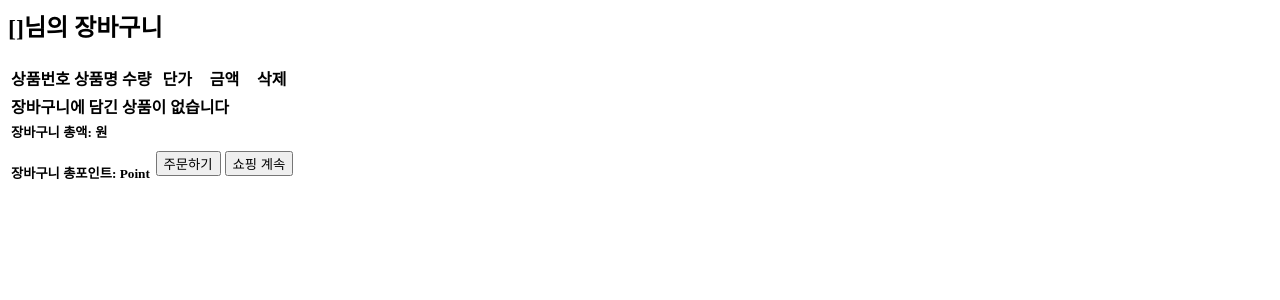
Repository: Jayking0215/myjava
Page: http://localhost/SpringWeb/WEB-INF/views/shop/cartList.jsp
An editor plug-in stored every save of this project. The page is shown before and after the next save, followed by the edit.
The browser window is 1280 px wide. The pictures show the whole page.
The page is served by Tomcat 9. Nobody is signed in. Other server files are loaded and not shown. The template is opened directly, without the code that normally fills it, so the values that code supplies are empty.

Above is the page before, as saved 2023-05-11 00:31:11.

### SpringWorkspace/SpringWeb/src/main/webapp/WEB-INF/views/shop/cartList.jsp
<%@ page language="java" contentType="text/html; charset=UTF-8"
    pageEncoding="UTF-8"%>
<%@ taglib prefix="c" uri="http://java.sun.com/jsp/jstl/core" %>
<%@ taglib prefix="fmt" uri="http://java.sun.com/jsp/jstl/fmt" %>
<div class="row my-4">
	<div class="col-12">
		<h2 class="text-center">${loginUser.name}[${loginUser.userid}]님의 장바구니</h2>
	</div>
</div>

<div class="row my-2">
	<div class="col-12">
		<form name="orderF" id="orderF" action="order">
			<%-- ${cartArr} --%>
			<table class="table table-striped">
				<thead>
					<tr>
						<th>상품번호</th>
						<th>상품명</th>
						<th>수량</th>
						<th>단가</th>
						<th>금액</th>
						<th>삭제</th>
					</tr>
				</thead>
				<tbody>
					<!-- --------------------------- -->
				<c:choose>
					<c:when test="${cartArr eq null or empty cartArr}">
						<tr>
							<td colspan="6">
								<b>장바구니에 담긴 상품이 없습니다</b>
							</td>
						</tr>
					</c:when>
					<c:otherwise>
						<c:forEach var="item" items="${cartArr}" varStatus="state">
							<!--
								varStatus에 변수명을 지정하면
								해당변수로 반복문의 상태정보를 알아낼 수 있다.
								state.index : 인덱스값(0~3)
								state.count : 반복문 횟수(1~4)
							 -->
							<tr>
								<td>
								<label>
								<input type="checkbox" name="pnum" id="pnum${state.index}" value="${item.pnum_fk}">
								${item.pnum_fk}
								</label>
								</td>
								<td>
								<h4>${item.pname}</h4>
								<a href="../prodDetail?pnum=${item.pnum_fk}">
								<img src="../resources/product_images/${item.pimage1}" class="img-fluid" style="width:140px">
								</a>
								</td>
								<td>

								<input type="number" name="pqty" id="pqty${state.index}" value="${item.pqty}" min="1" max="50">
								<button type="button" class="btn btn-success" onClick="cartEdit('${item.cartNum}','${state.index}')">수정</button>
								</td>
								<td>
								<fmt:formatNumber value="${item.saleprice}" pattern="###,###"/> 원<br>
								<span class="badge badge-danger">${item.point}</span> POINT
								</td>
								<td>
								<fmt:formatNumber value="${item.totalPrice}" pattern="###,###"/> 원<br>
								<span class="badge badge-danger">${item.totalPoint}</span> POINT
								</td>
								<td>
								<a href="#" onclick="cartDel('${item.cartNum}')">삭제</a>
								</td>
							</tr>
						</c:forEach>
					</c:otherwise>
				</c:choose>
					<!-- --------------------------- -->

					<tr>
						<td colspan="3">
							<h5>장바구니 총액: <span class='text-danger'>
								<fmt:formatNumber value="${cartTotal.cartTotalPrice}"  pattern="###,###" />
							원</span></h5>
							<h5>장바구니 총포인트: <span class='text-success'>
								<fmt:formatNumber value="${cartTotal.cartTotalPoint}"  pattern="###,###" />
							Point</span></h5>
						</td>
						<td colspan="3">
							<button type="button" class="btn btn-outline-info" onclick="goOrder()">주문하기</button>
							<button type="button" class="btn btn-outline-danger" onclick="location.href='../index'">쇼핑 계속</button>
						</td>
					</tr>
				</tbody>
			</table>
		</form>
		<!-- 주문form end------------ -->

		<!-- 삭제 form start-------------- -->
		<form name="df" action="cartDel">
			<input type="hidden" name="cartNum">
		</form>
		<!-- 삭제form end------------- -->

		<!-- 수정form------------------- -->
		<form action="ef" action="cartEdit">
			<input type="hidden" name="cartNum">
			<input type="hidden" name="pqty">
		</form>
		<!-- ---------------------------- -->
	</div>
</div>

<script>
	function cartEdit(cnum, i){
		//alert(cnum+"/"+i);
		let qty=$('#pqty'+i).val();
		//alert(qty);//수정된 수량값

		ef.cartNum.value=cnum;
		ef.pqty.value=qty;
		ef.method='post';
		ef.submit();

	}//---------------------

	function cartDel(cnum){
		//alert(cnum);
		let yn=confirm('정말 삭제할까요?');
		if(yn){
			df.cartNum.value=cum;
			df.method='post';
			df.submit();
		}
		df.cartNum.value=cnum;
		df.method='post';
		df.submit();
	}
</script>

After the next save:
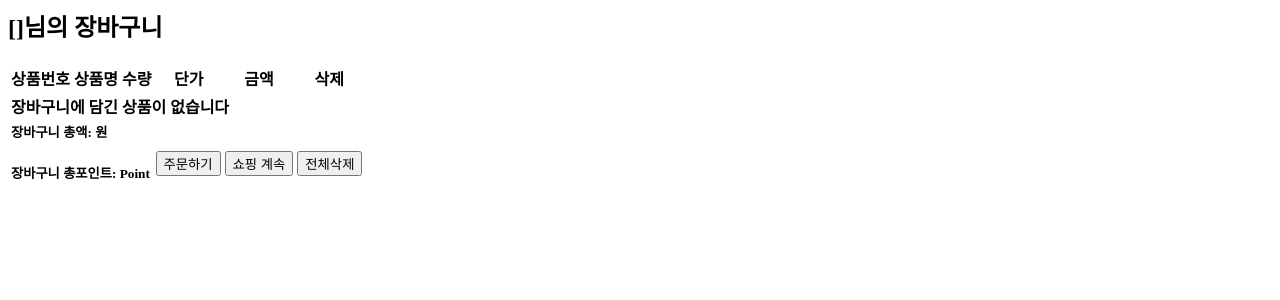
Saved 35 min 37 s later.
--- a/SpringWorkspace/SpringWeb/src/main/webapp/WEB-INF/views/shop/cartList.jsp
+++ b/SpringWorkspace/SpringWeb/src/main/webapp/WEB-INF/views/shop/cartList.jsp
@@ -88,6 +88,7 @@
 						<td colspan="3">
 							<button type="button" class="btn btn-outline-info" onclick="goOrder()">주문하기</button>
 							<button type="button" class="btn btn-outline-danger" onclick="location.href='../index'">쇼핑 계속</button>
+							<button type="button" class="btn btn-outline-success" onclick="">전체삭제</button>
 						</td>
 					</tr>
 				</tbody>
